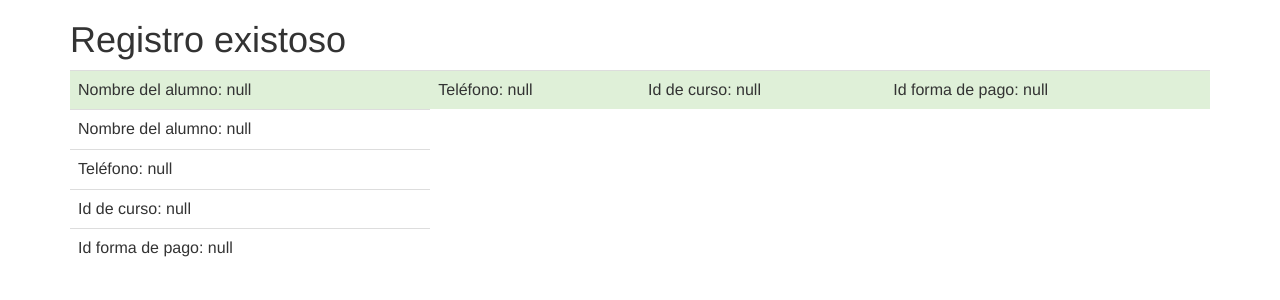
Repository: MarceArratia/ProyectosJava
Page: http://localhost/ListarInscripciones/preConfirmacion
These files come from the project's save history. The page is drawn as it stood at one moment and after the next save; the edit follows.
The browser window is 1280 px wide. The pictures show the whole page.
The page is served by Tomcat 9.

Above is the page before, as saved 2020-07-29 00:46:21.

After the next save:
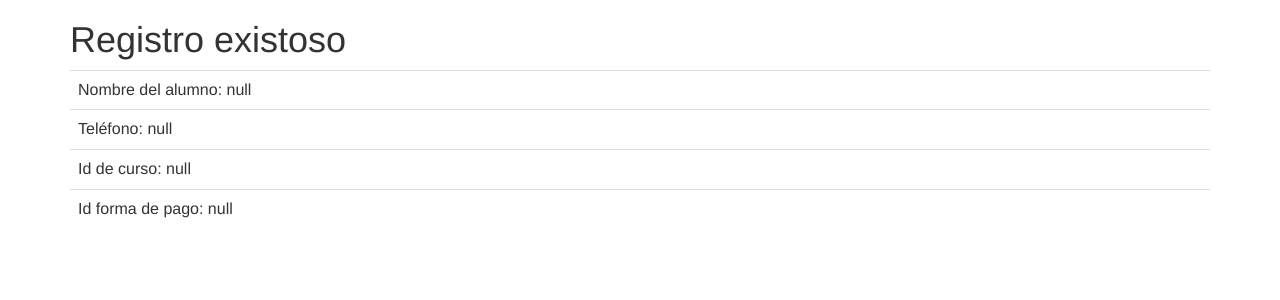
Saved 62 s later.
--- a/ListarInscripciones/WebContent/confirmacion.jsp
+++ b/ListarInscripciones/WebContent/confirmacion.jsp
@@ -20,23 +20,14 @@
 
    <h1>Registro existoso</h1>
    <table class="table">
-   <tr class="table-active"><%= " " %>
-<td class="bg-success">Nombre del alumno: <%=nombre%></td>
-<td class="bg-success">Teléfono: <%=celular%></td>
-<td class="bg-success">Id de curso: <%=idCurso%></td>
-<td class="bg-success">Id forma de pago: <%=idFormaDePago%></td>
-</tr>
-<tr>
   <tr>
   <td>Nombre del alumno: <%=nombre%></td>
  </tr>
     <tr>
-
-    <td>Teléfono: <%=celular%></td>
+ <td>Teléfono: <%=celular%></td>
  </tr>
    <tr>
-
-    <td>Id de curso: <%=idCurso%></td>
+ <td>Id de curso: <%=idCurso%></td>
   </tr>
     <tr>
 
